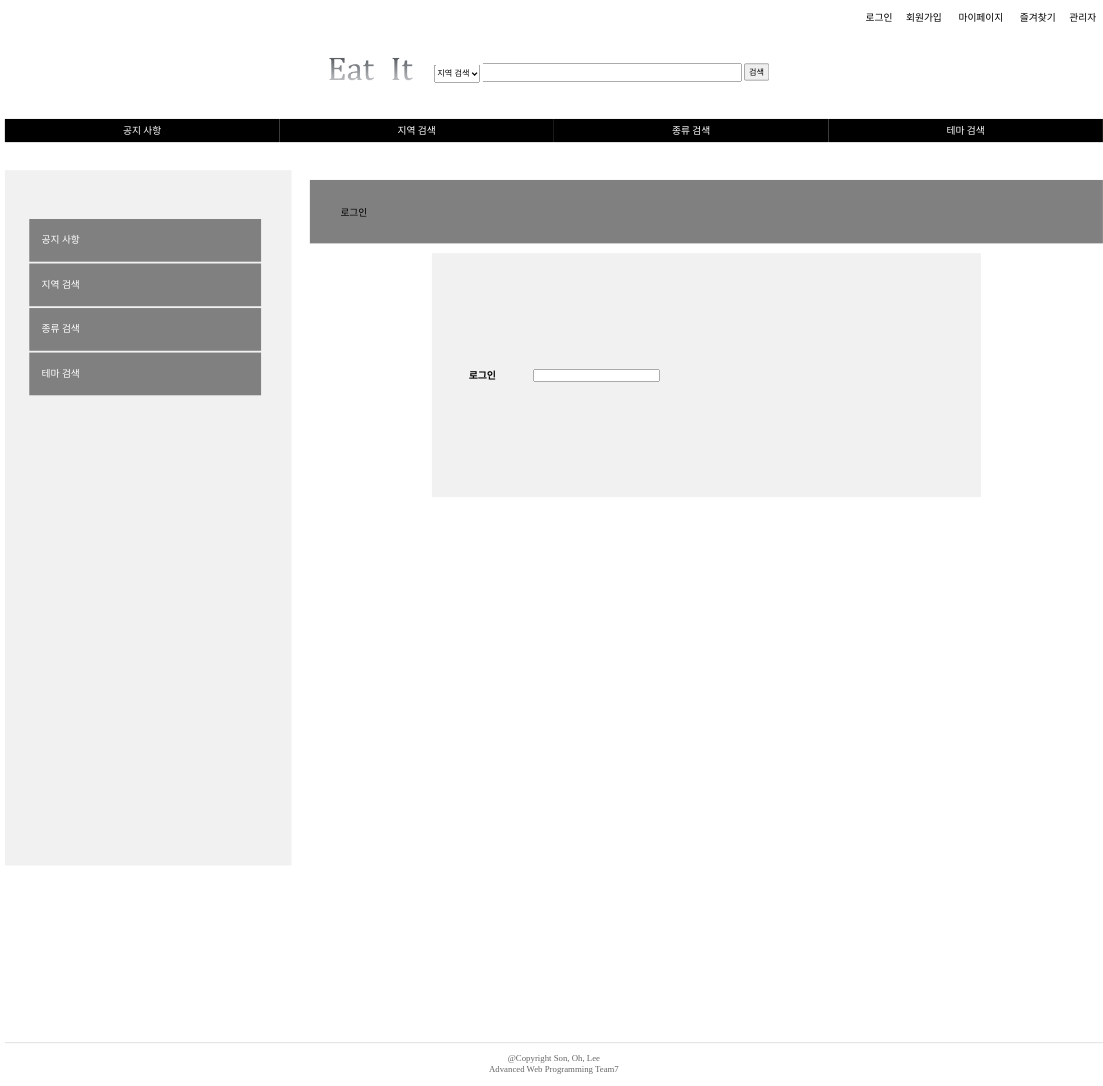
Repository: sonminho/aos
Page: http://localhost/EatIt/login.jsp
The author's editor kept a copy of each file at every save. The page is drawn from the files as they stood at one save, then again after the next save.
The browser window is 1280 px wide. The page is 1808 px wide, so the pictures cover 1808 px, including what lies to the right of the window. The pictures show the whole page, at 61% of full size.
Some web libraries are served in a nearby version. The page is served by Tomcat 9. Other server files are loaded and not shown.

Above is the page before, as saved 2017-12-11 11:24:39.
Console error: TypeError: Cannot read properties of undefined (reading 'style')

### EatIt/EatIt/WebContent/login.jsp
<%@ page language="java" contentType="text/html; charset=EUC-KR"
    pageEncoding="EUC-KR"%>
<%@ page import="dao.PlaceDAO, dto.PlaceVO, java.util.*" %>
<!DOCTYPE html>
<html>
<head>
<meta charset="UTF-8">
<title>Eat it 맛과 즐거움</title>
<style>
	html, body{
		height:100%;
	}

	body > .main_div{
		height:auto;
		min-height:100%;
	}

	.main_div{
		width:1800px;
		height:100%;
		margin:0px auto;
	}

   .top_nav {
      width:400px;
      height:40px;
      float:right;
      text-align:center;
   }

   .main_search {
   	  clear:both;
   	  width:800px;
      margin:0px auto;
      margin-top:50px;
   }

   .main_search input{
      vertical-align:30px;
      height:24px;
   }

   .main_search select{
      vertical-align:28px;
      height:30px;
   }

   .search_img {
      width:200px;
   }

   #main_category{
      width:1800px;
      margin:0px auto;
      text-align:center;
   }

   #container {
      width:100%;
      min-height:1400px;
      margin-top:30px;
      padding-bottom:30px;
   }

   #side_bar{
   	  display:block;
   	  width:390px;
   	  padding:40px;
   	  padding-top:80px;
   	  height:1020px;
   	  font-family:"Open Sans", sans-serif
   	  font-size: 1em;
   	  background: #f1f1f1;
   	  margin:0px auto;
   	  float:left;
   }

   #side_bar nav {
   	  font-size:0.875;
   }

   #side_bar nav ul {
   	  margin:0;
   	  padding:0;
   	  width:380px;
   	  list-style:none;
   	  text-indent:10px;
   }

   .menu {
   	  margin-bottom:3px;
   }

   .menu .main{
   	  display:block;
   	  height:70px;
   	  line-height:70px;
   	  text-indent:20px;
   	  text-decoration:none;
   	  background:gray;
   	  color:#fff;
   	  cursor: pointer;
   }

   .menu .main.on {
      background:red;
   }

   .menu .sub {
   	  display:none;
   }

   .menu .sub li {
   	  height:80px;
   	  line-height:80px;
   	  background:#fff;
   	  border-top:1px solid #eaeaea;
   }

   .menu .sub li:first-child{
   	  border-top:none;
   }

   .menu .sub li a {
   	  display:block;
   	  width:100%;
   	  height:100%;
   	  text-decoration: none;
   	  text-indent:20px;
   	  color:#555;
   }

   .menu .sub li a:hover{
   	  background:#eaeaea;
   	  color:#333;
   }

   #content{
   	  display:block;
   	  width:1300px;
   	  float:right;
   }

   #content:after{
      clear:both;
   }

   .footer{
   	   width:1800px;
	   margin:0px auto;
	   height:70px;
	   padding:0;
	   text-align:center;
	   border-top:1px solid #cccccc;
	   font-size:0.9em;
	   color:#666;
	   *zom:1;
   }

   li{list-style:none;}

   a{color:#000; text-decoration:none;}

   #main_bar{
   		width:100%;
   		margin:0px auto;
   		padding-top:20px;
   }

   #main_bar:before, #main_after{
   		content:"";
   		display:block;
   }
   #main_bar:after{
   		clear:both;
   }

   #main_bar nav {
   		font-size: 1rem;
   }

   #main_bar nav > ul {
   		margin: 0;
   		padding: 0;
   		list-style: none;
   }

   #main_bar nav li {
   		position:relative;
   		float:left;
   		width:450px;
   		height:38px;
   }

   #main_bar ul{
   		margin: 0;
		padding: 0;
   }

   #main_bar nav li a {
   		display: block;
   		width:100%;
   		line-height:38px;
   		text-align:center;
   		text-decoration:none;
   		background:black;
   		color:#fff;
   }

   #main_bar nav li a:hover, nav li a.on{
   		background: gray;
   }

   #main_bar nav ul ul {
   		display: none;
   		position: absolute;
   		top:38px;
   }

   #main_bar nav ul ul li a {
		background: #fff;
		color: #555;
		border-top: 1px solid #eaeaea;
	}

	#main_bar nav ul ul li:first-child a {
		border-top: none;
	}

	#main_bar nav ul ul li a:hover, .nav ul ul li a.on {
		background: #eaeaea;
		color: #333;
	}

	#content ul{
		padding:40px 50px;
		background: gray;
	}

	#content table{
		width:900px;
		height:400px;
		margin:0px auto;
		background:#f1f1f1;
	}

	#detail{
		background:#f1f1f1;
	}
</style>
<script src="http://code.jquery.com/jquery-3.1.1.js"></script>
<script>
$(function() {
	var gnbA = $('#main_category>li>a');
	var ul = $('#main_category>li>ul');
	gnbA.on("mouseenter focus", function(){
		if(gnbA.target){
			$(gnbA.target).next().hide();
			$(this).next().show();
		} else {
			$(this).next().show();
		}

		gnbA.target = this;
	});
	gnbA.mouseleave(function() {
		$(this).next().hide();
	});
	ul.hover(function(){
		$(this).show();
	}, function(){
		$(this).hide();
	});
});
</script>
<script>
	var index = 0;

	window.onload = function() {
		slideShow();
	}

	function slideShow() {
		var i;
		var x = document.getElementsByClassName("img_ad");

		for(i = 0; i<x.length; i++) {
			x[i].style.display = "none";
		}

		index++;

		if(index > x.length) {
			index = 1;
		}

		x[index-1].style.display = "block";

		setTimeout(slideShow, 2000);
	}
</script>
<script>
	$(function(){
		$(".sub").hide();

		$(".main").on("click", function(){
			if($(this).hasClass("on") == false) {
				$(".main").removeClass("on");
				$(this).addClass("on");
				$(".sub").slideUp("fast");
				$(this).next().slideDown("fast");
			} else {
				$(this).removeClass("on");
				$(this).next().slideUp("fast");
			}
		});
	});
</script>

</head>
<body>
<div class="main_div">
<table class="top_nav">
   <tr>
      <td><a href="#">로그인</a></td>
      <td>회원가입</td>
      <td>마이페이지</td>
      <td>즐겨찾기</td>
      <td>관리자</td>
   </tr>
</table><br>
<form class="main_search">
   <a href="index.jsp"><img class="search_img" src="img/eat_it.jpg"></a>
   <select>
   		<option>지역 검색</option>
   		<option>종류 검색</option>
   		<option>테마 검색</option>
   </select>
   <input type="text" size="50">
   <input type="submit" value="검색" style="height:28px;">
</form>
<br>
<div id="main_bar">
	<nav>
	<ul id="main_category">
		<li class="m1"><a href="#">공지 사항</a>
		</li>
		<li class="m2"><a href="#">지역 검색</a>
			<ul>
				<li><a href="#">노원구</a></li>
				<li><a href="#">광진구</a></li>
				<li><a href="#">강북구</a></li>
				<li><a href="#">영등포구</a></li>
				<li><a href="#">강서구</a></li>
				<li><a href="#">강남구</a></li>
				<li><a href="#">마포구</a></li>
			</ul>
		</li>
		<li class="m3"><a href="#">종류 검색</a>
			<ul>
				<li><a href="#">한식</a></li>
				<li><a href="#">일식</a></li>
				<li><a href="#">중식</a></li>
			</ul>
		</li>
		<li class="m4"><a href="#">테마 검색</a>
			<ul>
				<li><a href="#">데이트</a></li>
				<li><a href="#">가족 모임</a></li>
				<li><a href="#">비지니스</a></li>
				<li><a href="#">상견례</a></li>
			</ul>
		</li>
	</ul>
	</nav>
</div>
<br><br>
<br>
<div id="container">
	<div id="side_bar">
		<nav>
			<ul>
				<li class="menu"><a class="main" href="#">공지 사항</a>
				</li>
				<li class="menu"><a class="main" href="#">지역 검색</a>
					<ul class="sub">
						<li><a href="#">노원구</a></li>
						<li><a href="#">광진구</a></li>
						<li><a href="#">강북구</a></li>
						<li><a href="#">영등포구</a></li>
						<li><a href="#">강서구</a></li>
						<li><a href="#">강남구</a></li>
						<li><a href="#">마포구</a></li>
					</ul>
				</li>
				<li class="menu"><a class="main" href="#">종류 검색</a>
					<ul class="sub">
						<li><a href="#">한식</a></li>
						<li><a href="#">일식</a></li>
						<li><a href="#">중식</a></li>
					</ul>
				</li>
				<li class="menu"><a class="main" href="#">테마 검색</a>
					<ul class="sub">
						<li><a href="#">데이트</a></li>
						<li><a href="#">가족 모임</a></li>
						<li><a href="#">비지니스</a></li>
						<li><a href="#">상견례</a></li>
					</ul>
				</li>
			</ul>
	</nav>
	</div> <!-- side bar -->
	<div id="content">
		<ul>
			<li>로그인</li>
		</ul>
		<div id="content_list">
			<table>
				<tr>
					<th width="width:400px;">로그인</th><td><input type="text" style="width:200px; hiehgt:20px"></td>
				</tr>

			</table>
		</div>
	</div>
</div><!-- container -->
</div> <!-- main_div -->

<div class="footer">
<br>
@Copyright Son, Oh, Lee
<br>
Advanced Web Programming Team7
</div>
</body>
</html>

After the next save:
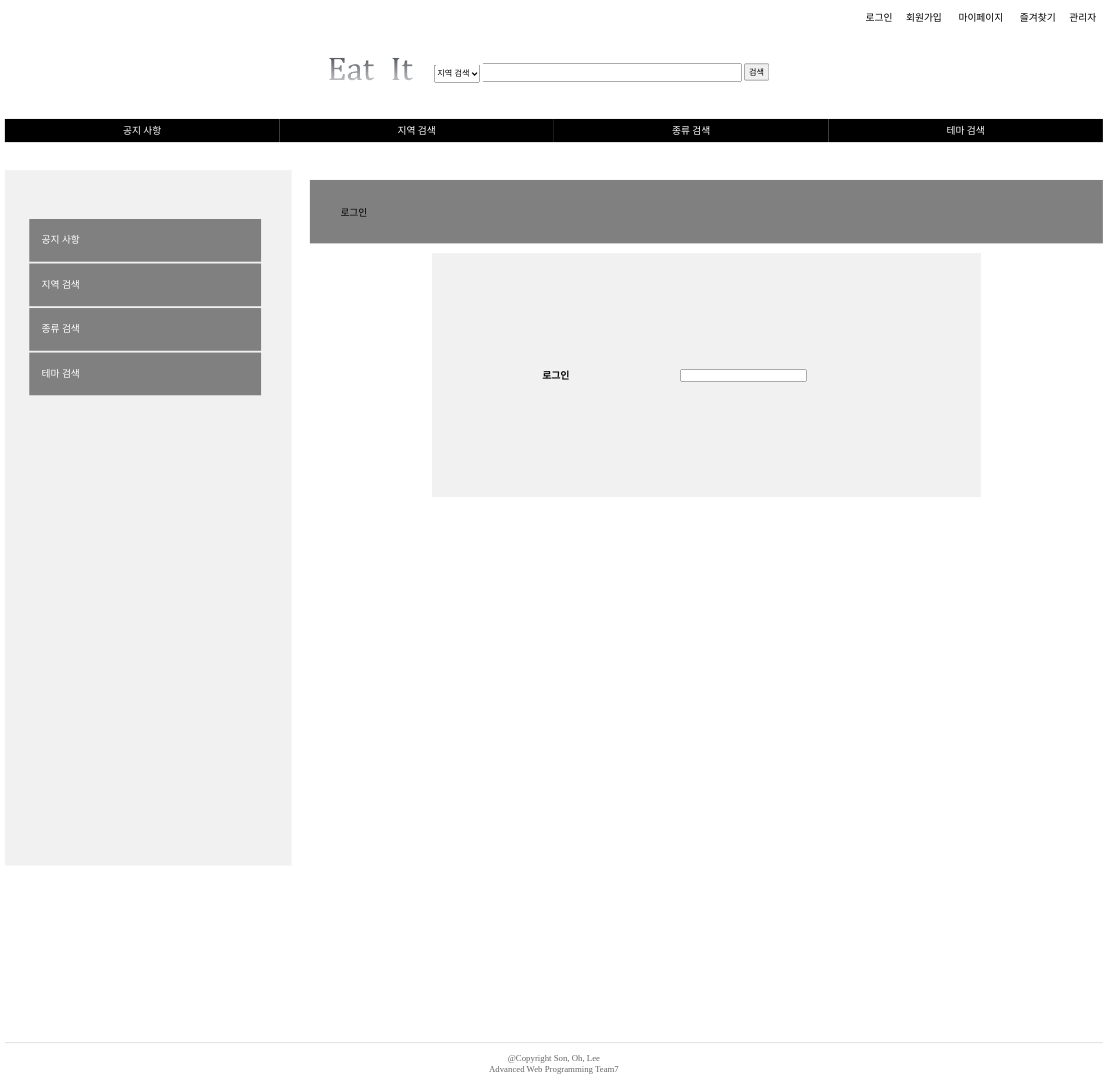
Saved 17 s later.
--- a/EatIt/EatIt/WebContent/login.jsp
+++ b/EatIt/EatIt/WebContent/login.jsp
@@ -419,7 +419,7 @@ $(function() {
 		<div id="content_list">
 			<table>
 				<tr>
-					<th width="width:400px;">로그인</th><td><input type="text" style="width:200px; hiehgt:20px"></td>
+					<th style="width:400px;">로그인</th><td><input type="text" style="width:200px; hiehgt:20px"></td>
 				</tr>
 
 			</table>
